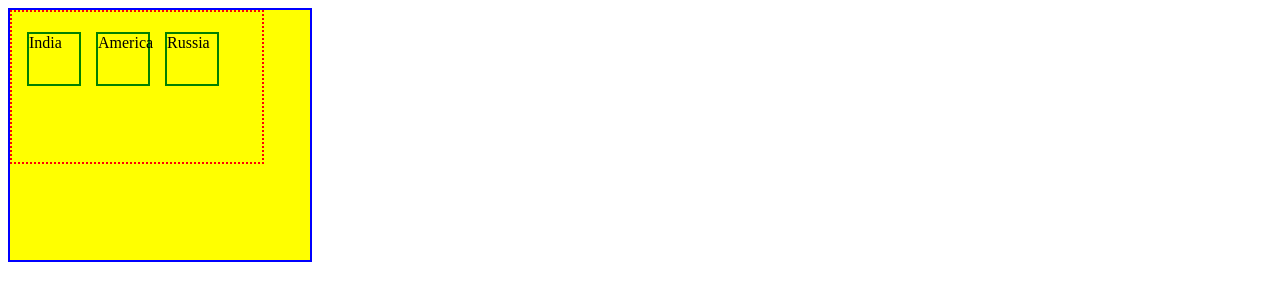
Repository: Balamurugan1914/crud_operation_without_db
Page: CSS_EXAMPLE/src/main/webapp/Boxmodel.html
The author's editor kept a copy of each file at every save. The page is drawn from the files as they stood at one save, then again after the next save.
The browser window is 1280 px wide. The pictures show the whole page.

Above is the page before, as saved 2022-06-27 07:15:03.

### CSS_EXAMPLE/src/main/webapp/Boxmodel.html
<!DOCTYPE html>
<html>
<head>
<meta charset="UTF-8">
<title>Insert title here</title>
<link href="Style/boxmodel.css" type="text/css" rel="stylesheet">
</head>
<body>


<div id="outermost" class="outer">
	<div id="innermost" class="inner">
		<div id="child1" class="child">India</div>
		<div id="child2" class="child">America</div>
		<div id="child3" class="child">Russia</div>
	</div>
</div>

</body>
</html>

### CSS_EXAMPLE/src/main/webapp/Style/boxmodel.css
@charset "UTF-8";


.outer{

	width: 300px;
	height: 250px;
	border: 2px  solid blue;
	background-color: yellow

}

.inner{



	width: 250px;
	height: 150px;
	border: 2px  dotted red;

}

.child{
	margin-top: 20px;
	width: 50px;
	height: 50px;
	border: 2px solid green;
	display: inline;
	float: left;
	margin-left: 15px;

}

After the next save:
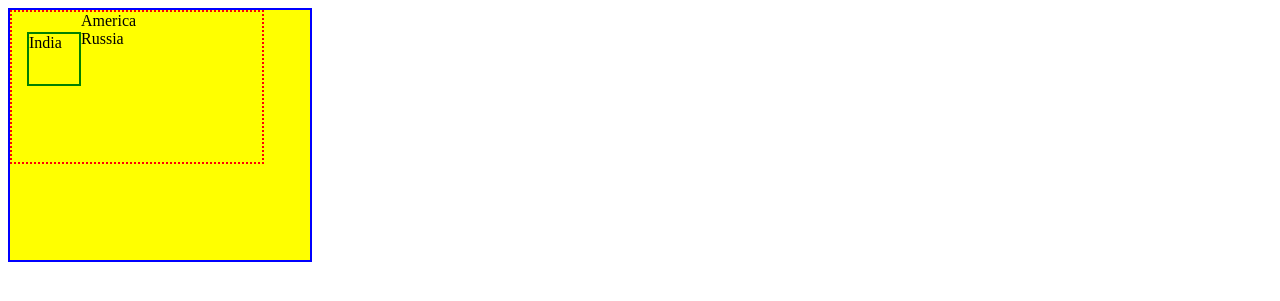
Saved 15 s later.
--- a/CSS_EXAMPLE/src/main/webapp/Boxmodel.html
+++ b/CSS_EXAMPLE/src/main/webapp/Boxmodel.html
@@ -11,8 +11,8 @@
 <div id="outermost" class="outer">
 	<div id="innermost" class="inner">
 		<div id="child1" class="child">India</div>
-		<div id="child2" class="child">America</div>
-		<div id="child3" class="child">Russia</div>
+		<div id="child2" class="child1">America</div>
+		<div id="child3" class="child2">Russia</div>
 	</div>
 </div>
 
